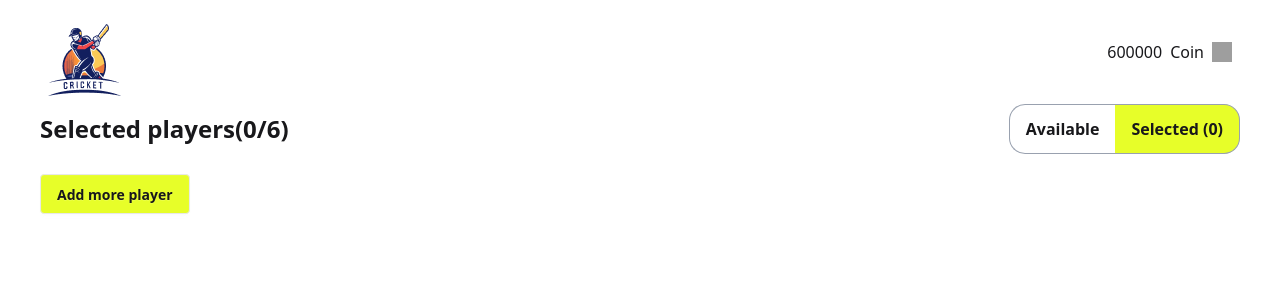
Repository: SanjidaSnigdha/Select-your-eleven
Page: /, after clicking the first element matching `button.rounded-r-2xl`
These files come from the project's save history. The page is drawn as it stood at one moment and after the next save; the edit follows.
The browser window is 1280 px wide. The pictures show the whole page.
Pictures or frames that could not be fetched are drawn as grey boxes. The project was rebuilt for these pictures with package versions that can differ from the ones it lists, and the page was loaded fresh each time. Also part of the build but not shown: vite.config.js, src/App.css, src/components/SelectedCard/SelectedCard.jsx.

Above is the page before, as saved 2026-03-21 22:34:59.

After the next save:
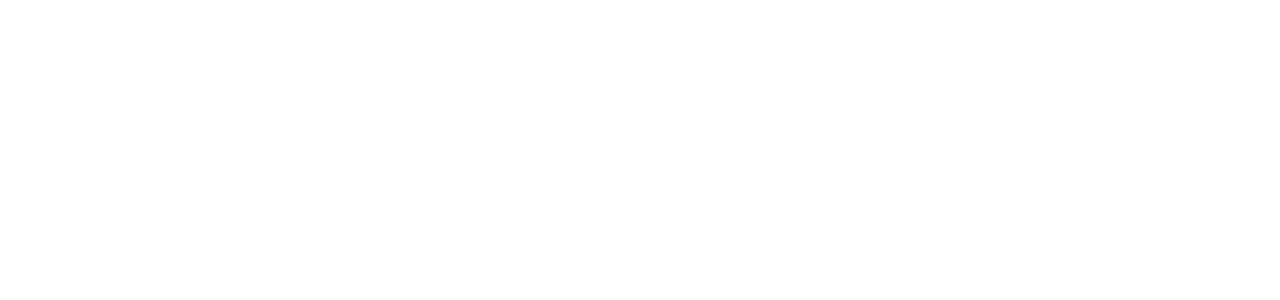
Console error: ReferenceError: toggle is not defined
Saved 2 min 28 s later.
--- a/src/components/SelectedPlayers/SelectedPlayers.jsx
+++ b/src/components/SelectedPlayers/SelectedPlayers.jsx
@@ -1,15 +1,14 @@
 import React from 'react';
 import SelectedCard from '../SelectedCard/SelectedCard';
 
-const SelectedPlayers = ({purchasedPlayers,removePlayer}) => {
+const SelectedPlayers = ({purchasedPlayers,removePlayer,setToggle}) => {
     console.log(purchasedPlayers)
     return (
         <div className='max-w-[1200px] mx-auto'>
             {
                 purchasedPlayers.map(player=><SelectedCard removePlayer={removePlayer} player={player}></SelectedCard>)
             }
-        {/* <button onClick={()=>setToggle(true)} className={`py-3 px-4 border-1 border-gray-400 rounded-l-2xl border-r-0 ${toggle===true?"bg-[#E7FE29]":""}`}>Available</button> */}
-        <button className='btn mt-5 bg-[#E7FE29] font-bold'>Add more player</button>
+         <button onClick={()=>setToggle(true)} className={`py-3 px-4 border-1 border-gray-400 rounded-l-2xl border-r-0 ${toggle===true?"bg-[#E7FE29]":""}`}>Add more player</button>
         </div>
 
     );

After the save that followed:
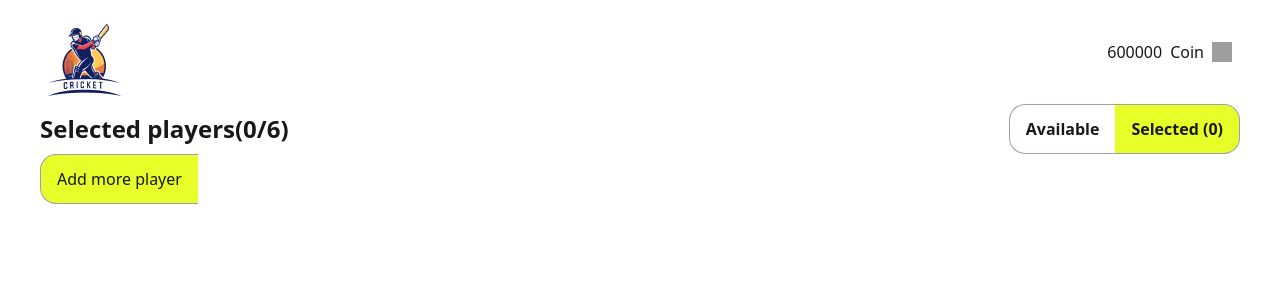
The error is gone.
Saved 4 min 1 s later.
--- a/src/components/SelectedPlayers/SelectedPlayers.jsx
+++ b/src/components/SelectedPlayers/SelectedPlayers.jsx
@@ -8,7 +8,7 @@
             {
                 purchasedPlayers.map(player=><SelectedCard removePlayer={removePlayer} player={player}></SelectedCard>)
             }
-         <button onClick={()=>setToggle(true)} className={`py-3 px-4 border-1 border-gray-400 rounded-l-2xl border-r-0 ${toggle===true?"bg-[#E7FE29]":""}`}>Add more player</button>
+         <button onClick={()=>setToggle(true)} className={"py-3 px-4 border-1 border-gray-400 rounded-l-2xl border-r-0 bg-[#E7FE29]"}>Add more player</button>
         </div>
 
     );
